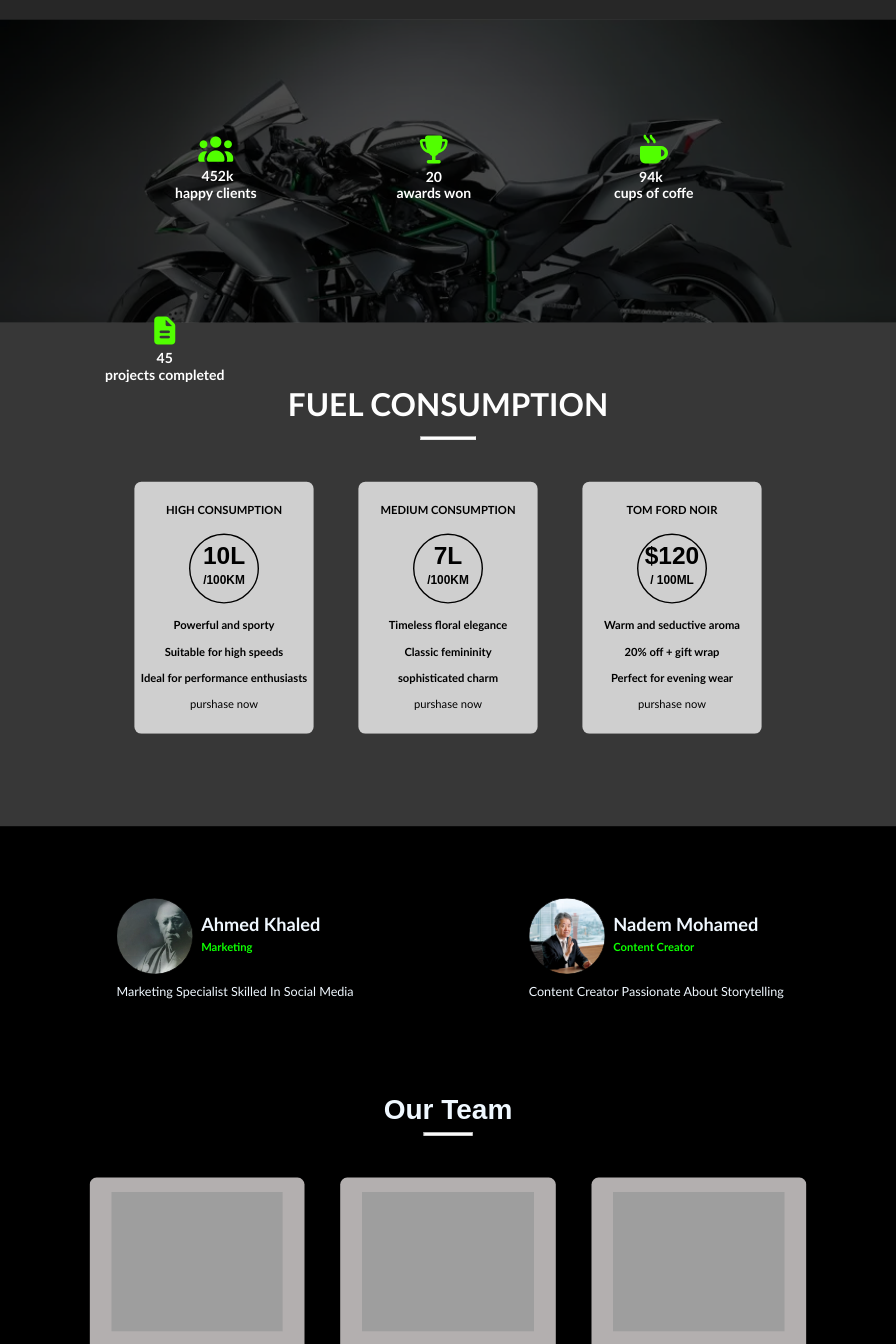
Repository: mustafasayed075-stack/project1
Page: index.html
The author's editor kept a copy of each file at every save. The page is drawn from the files as they stood at one save, then again after the next save.
The browser window is 1280 px wide. The pictures show the part of the page from y = 3565 to 5485 px (the page is 6669 px tall), at 70% of full size.
Pictures or frames that could not be fetched are drawn as grey boxes. Backgrounds fixed to the window are drawn as part of the page.

Above is the page before, as saved 2025-09-20 19:32:16.

After the next save:
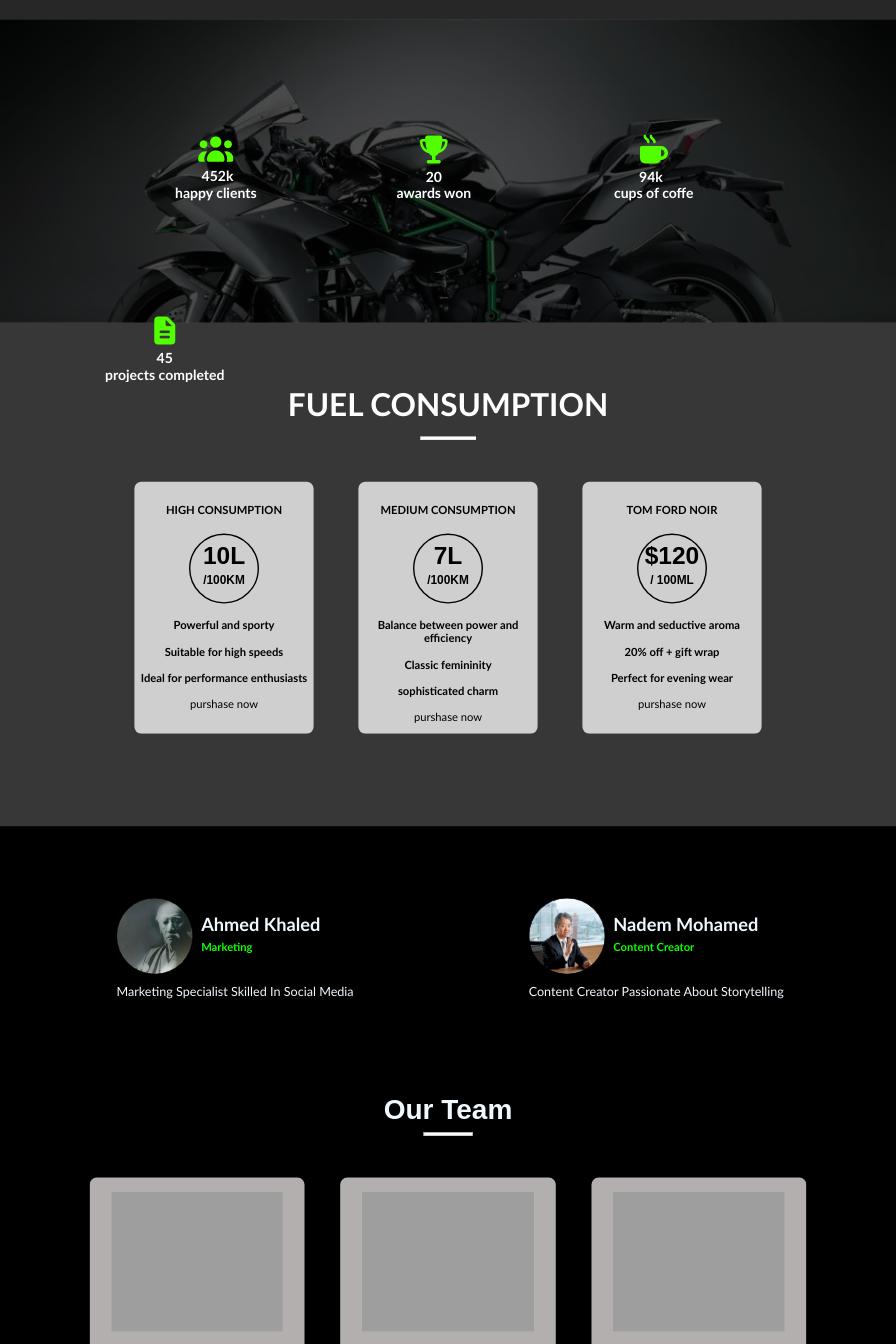
Saved 18 s later.
--- a/index.html
+++ b/index.html
@@ -254,7 +254,7 @@
                             <p class="price-circle2">7L</p>
                             <p class="size-circle2">/100km</p>
                         </div>
-                        <p class="timeless">Timeless floral elegance</p>
+                        <p class="timeless">Balance between power and efficiency</p>
                         <p class="classic">Classic femininity</p>
                         <p class="charm">sophisticated charm</p>
                         <div class="purshase-div2">
